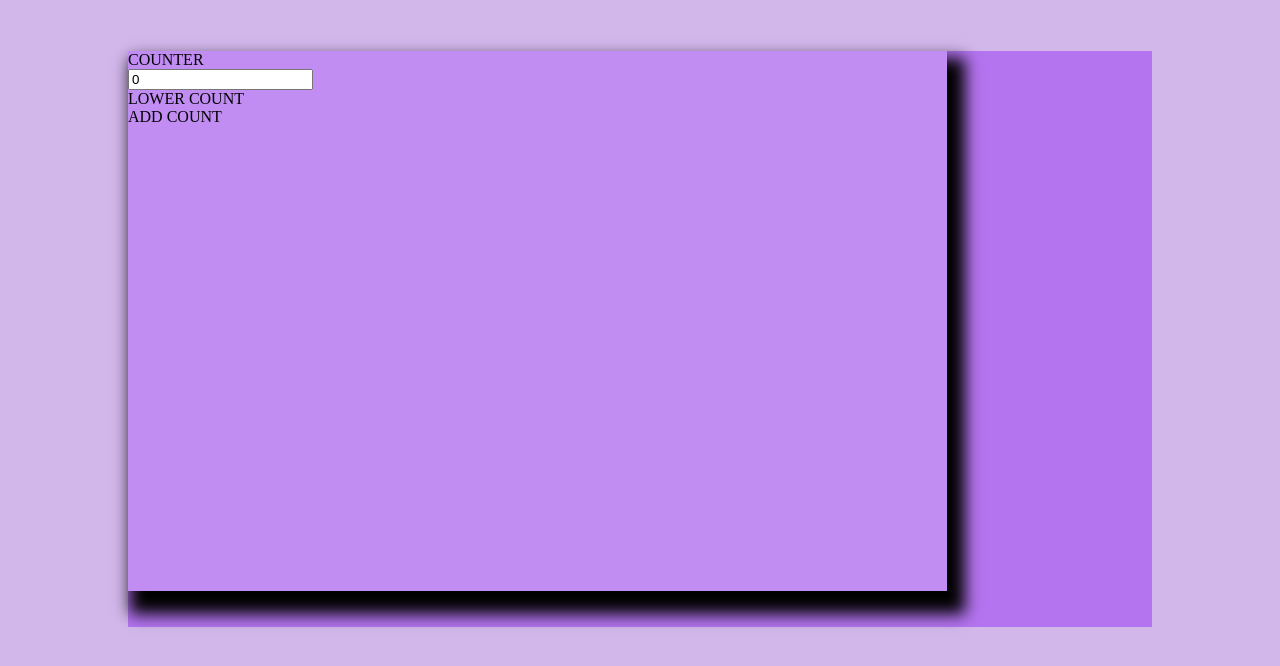
Repository: AnahitKhechumyan/Counter
Page: index.html
These files come from the project's save history. The page is drawn as it stood at one moment and after the next save; the edit follows.
The browser window is 1280 px wide. The pictures show the whole page.

Above is the page before, as saved 2022-02-14 17:03:32.

After the next save:
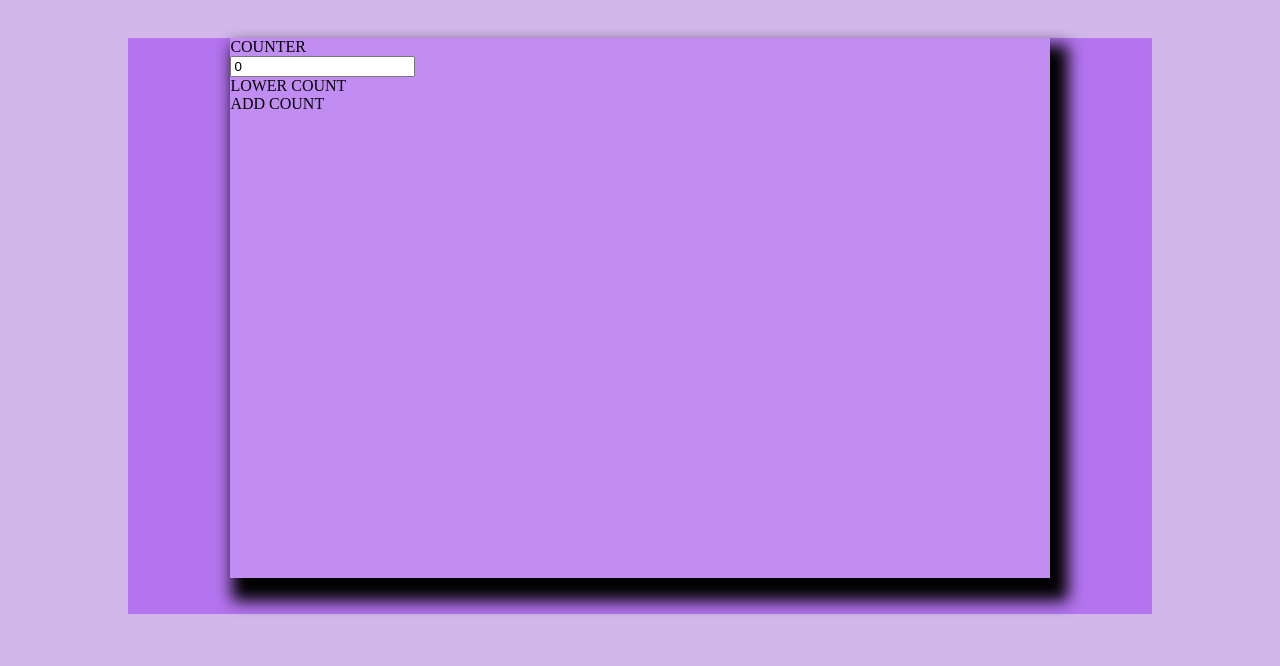
Saved 66 s later.
--- a/style.css
+++ b/style.css
@@ -13,7 +13,6 @@
     background-color: rgb(194, 141, 243);
     width: 80%;
     height: 75vh;
-    margin-top: 5%;
-    margin-bottom: 5%;
+    margin: 3% 10%;
     box-shadow: 10px 15px 15px 8px;
 }
